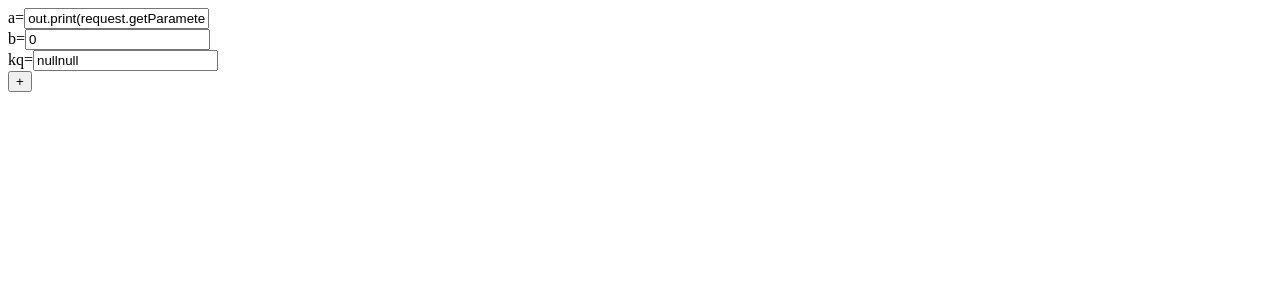
Repository: PhanCanhThoi/javaNangCao-Truong
Page: http://localhost/Nhom6/tinh.jsp
These files come from the project's save history. The page is drawn as it stood at one moment and after the next save; the edit follows.
The browser window is 1280 px wide. The pictures show the whole page.
The page is served by Tomcat 9.

Above is the page before, as saved 2024-09-17 01:25:24.

After the next save:
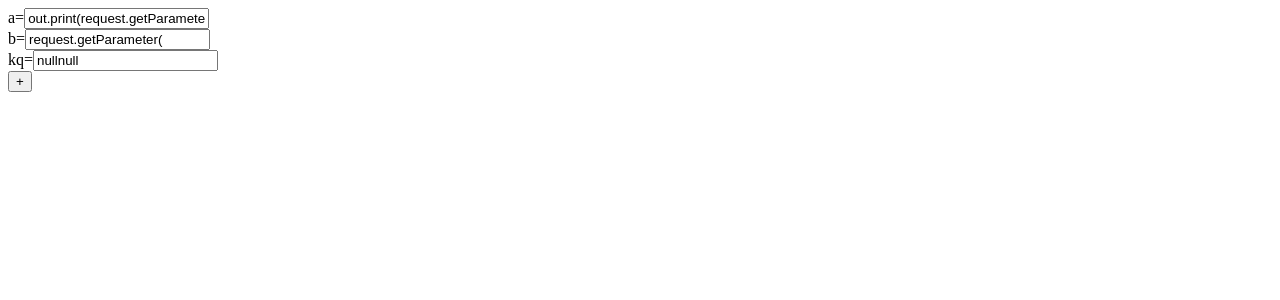
Saved 9 s later.
--- a/CodeJava/Nhom6/src/main/webapp/tinh.jsp
+++ b/CodeJava/Nhom6/src/main/webapp/tinh.jsp
@@ -9,7 +9,7 @@
 <body>
 		<form action="tinh.jsp" method="post">
 		a=<input type="munber" name="txta" value="out.print(request.getParameter("txta")"> <br>
-		b=<input type="munber" name="txtb" value="0"> <br>
+		b=<input type="munber" name="txtb" value="request.getParameter("txtb")"> <br>
 		kq=<input type="munber" name="txtkq" value="<%out.print(request.getParameter("txta")+request.getParameter("txtb"));%>"> <br>
 		<input type="submit" name="butcong" value="+">
 	</form>
